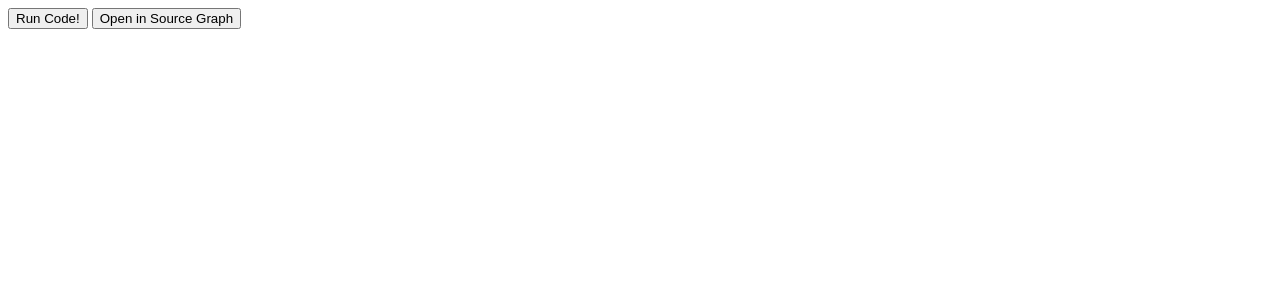
Repository: duckladydinh/customize
Page: popup.html
These files come from the project's save history. The page is drawn as it stood at one moment and after the next save; the edit follows.
The browser window is 1280 px wide. The pictures show the whole page.

Above is the page before, as saved 2022-04-13 22:02:09.
Console error: TypeError: Cannot read properties of null (reading 'addEventListener')

After the next save:
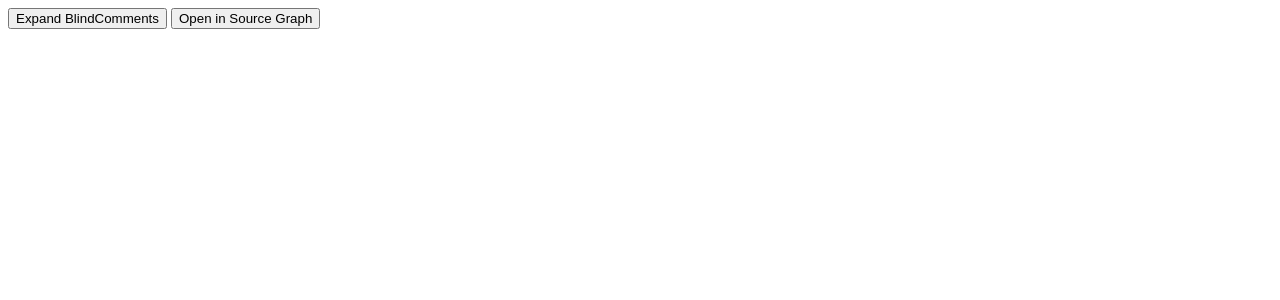
Saved 6 s later.
--- a/popup.html
+++ b/popup.html
@@ -2,7 +2,7 @@
 <html>
   <head></head>
   <body>
-    <button id="ExpandBlindComments">Run Code!</button>
+    <button id="ExpandBlindComments">Expand BlindComments</button>
     <button id="OpenInSourceGraph">Open in Source Graph</button>
     <script src="popup.js"></script>
   </body>
